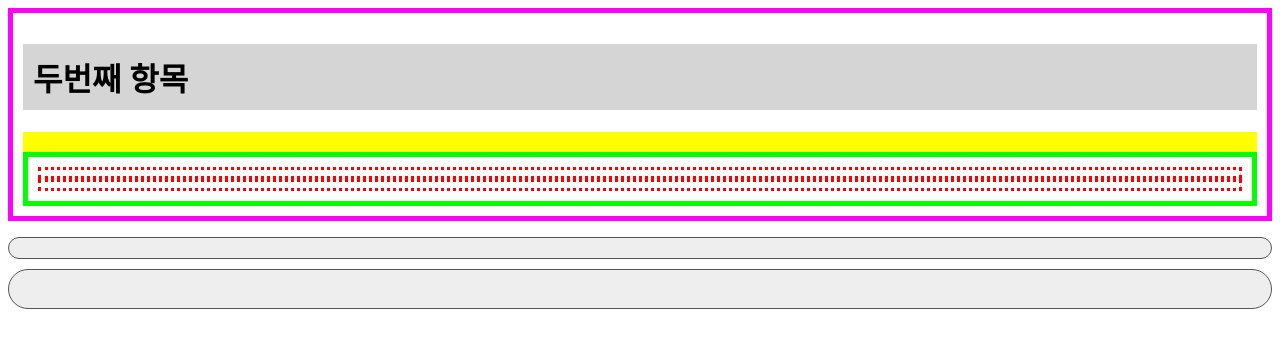
Repository: chaejunho689/bitcamp
Page: jQuery/src/main/webapp/01_hellojQuery/exam05.html
The author's editor kept a copy of each file at every save. The page is drawn from the files as they stood at one save, then again after the next save.
The browser window is 1280 px wide. The pictures show the whole page.

Above is the page before, as saved 2024-08-22 05:16:42.

### jQuery/src/main/webapp/01_hellojQuery/exam05.html
<!DOCTYPE html>
<html>
<head>
<meta charset="UTF-8">
<title>Insert title here</title>
<style type="text/css">
	div#container {
		width: auto;
		border: 5px solid #ff00ff;
		padding: 10px;
	}
	div#container > h1#title {
	    background-color: #d5d5d5;
	    padding: 10px;
	}
	div#container div.box {
	    padding: 10px;
	    background-color: #ffff00;
	    font: 20px '굴림';
	}
	div#container > ul {
	    list-style: none;
	    padding: 10px;
	    margin: 0px;
	    width: auto;
	    border: 5px solid #00ff00;
	}
	/* div#container > ul > li:first-child, div#container > ul > li:last-child { */
	div#container  li:first-child, div#container  li:last-child {
	    border: 3px dotted red;
	    padding: 3px 10px;
	}
	pre {
	    font: 14px/130% 'Courier New';
	    background: #eee;
	    padding: 10px 20px;
	    margin: 10px auto;
	    border: 1px solid #555;
	    border-radius: 20px;
	}


</style>
</head>
<body>
	<div id="container">
		<h1 id="title"> </h1>
		<div class="box"></div>
	<ul>
		<li></li>
		<li></li>
		<li></li>
		<li></li>
		<li></li>
	</ul>
	</div>
	<p></p>
	<pre></pre>
	<pre name="source"> </pre>

<script type="text/javascript" src="http://code.jquery.com/jquery-3.7.1.min.js"> </script>
<script type="text/javascript">
$(function(){
	$('#title').text("두번째 항목");
	$('#title').html("두번째 항목");
	$('h1[id="title"]').html("두번째 항목");

	});
</script>

</body>
</html>

<!--
CSS 셀렉터
jQuery에서 제어할 대상에 접근하는 방법
jQuery는 제어할 요소를 획득하기 위해서 $() 함수안에 대상을 의미하는 CSS 셀렉터를 파라미터로 전달한다.
예) var mytag = $("h1");      // h1 태그 객체 획득하기
예) var mytag = $(".hello");   // "hello" 라는 class 속성값을 갖는 요소의 객체 획득하기
예) var mytag = $("#hello");   // "hello" 라는 id 속성값을 갖는 요소의 객체 획득하기
 -->

After the next save:
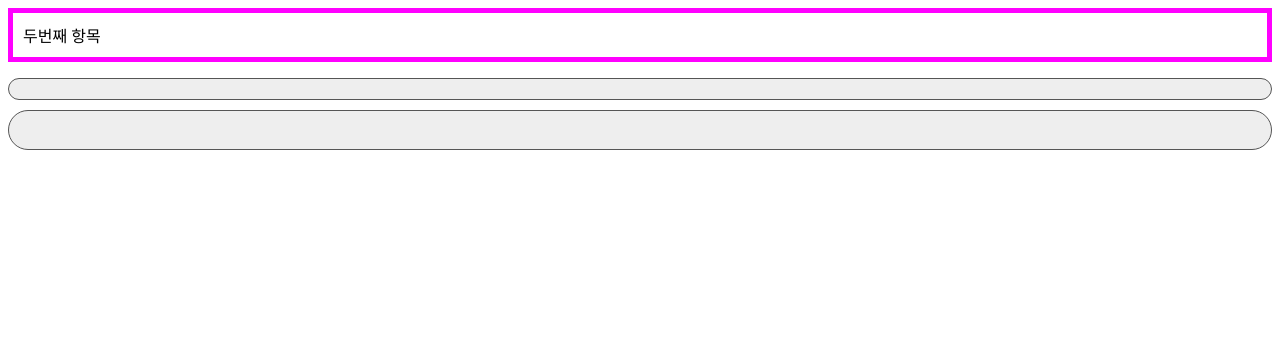
Saved 78 s later.
--- a/jQuery/src/main/webapp/01_hellojQuery/exam05.html
+++ b/jQuery/src/main/webapp/01_hellojQuery/exam05.html
@@ -65,6 +65,8 @@
 	$('#title').html("두번째 항목");
 	$('h1[id="title"]').html("두번째 항목");
 
+
+	$('#container').html("두번째 항목");
 	});
 </script>
 

After the save that followed:
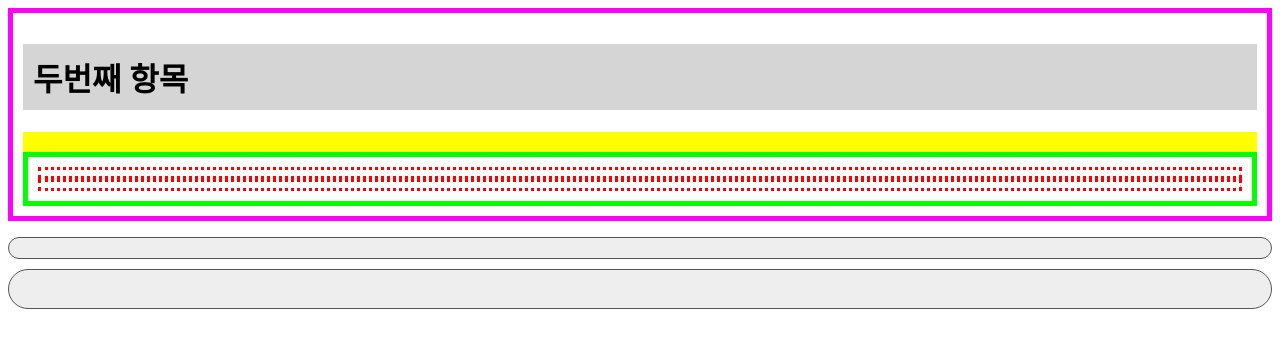
Saved 13 s later.
--- a/jQuery/src/main/webapp/01_hellojQuery/exam05.html
+++ b/jQuery/src/main/webapp/01_hellojQuery/exam05.html
@@ -66,7 +66,7 @@
 	$('h1[id="title"]').html("두번째 항목");
 
 
-	$('#container').html("두번째 항목");
+	$('#container > #title').html("두번째 항목");
 	});
 </script>
 
